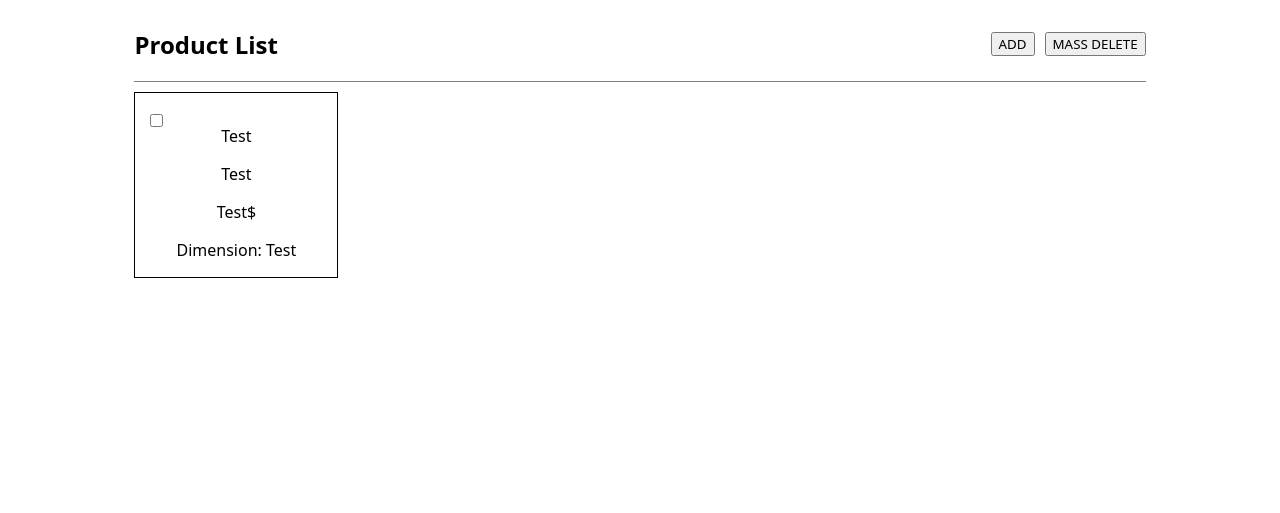
Repository: gabyto19/scandiweb
Page: http://localhost/
These files come from the project's save history. The page is drawn as it stood at one moment and after the next save; the edit follows.
The browser window is 1280 px wide. The pictures show the whole page.
The page is run by PHP 8.4 with error messages shown; the project is at /var/www/html/.

Above is the page before, as saved 2023-03-07 18:36:07.

### index.php
<!DOCTYPE html>
<html lang="en">

<head>
  <meta charset="UTF-8" />
  <meta name="viewport" content="width=device-width, initial-scale=1.0" />
  <title>Vue Basics</title>
  <link href="https://fonts.googleapis.com/css2?family=Jost:wght@400;700&display=swap" rel="stylesheet" />
  <link rel="stylesheet" href="styles.css" />
  <script src="https://unpkg.com/vue@next" defer></script>
  <script src="https://unpkg.com/vue@3/dist/vue.global.js"></script>
</head>

<body>
  <section id="app">
    <nav>
      <h2>Product List</h2>
      <div class="rightButtons">
        <button><a style="text-decoration: none; color: black" href="addPage.php">ADD</a>
        </button>
        <button class="delete-checkbox" id="delete-product-btn">MASS DELETE</button>
      </div>
    </nav>


    <div class="grid-container">
      <div>
        <input type="checkbox" id="delete-checkbox" class="delete-checkbox" />
        <p>Test</p>
        <p>Test</p>
        <p>Test$</p>
        <p>Dimension: Test</p>
      </div>
    </div>
  </section>

  <script src="https://unpkg.com/vue@3/dist/vue.global.js"></script>
  <script src="index.js"></script>

</body>

</html>
<style scoped>
  .rightButtons button:first-child {
    margin-right: 10px;
  }

  .grid-container {
    display: grid;
    grid-template-columns: auto auto auto auto;
    gap: 10px;
    padding: 10px;
    width: 80%;
    margin: auto;
  }

  .grid-container>div {
    text-align: center;
    border: solid 1px;
    width: 60%;
  }
  .grid-container input{
    display: block;
    position: relative;
    left: 5%;
    top: 10%;
  }
</style>

### styles.css
nav {
    width: 80%;
    display: flex;
    justify-content: space-between;
    align-items: center;
    margin: auto;
    border-bottom: solid 1px gray;
  }

  * {
    font-family: system-ui;
  }

### index.js
Vue.createApp({
  data() {
    return {
      sku:"",
      name:"",
      price:"",
      dimension:"",
    };
  },
}).mount("#app");

After the next save:
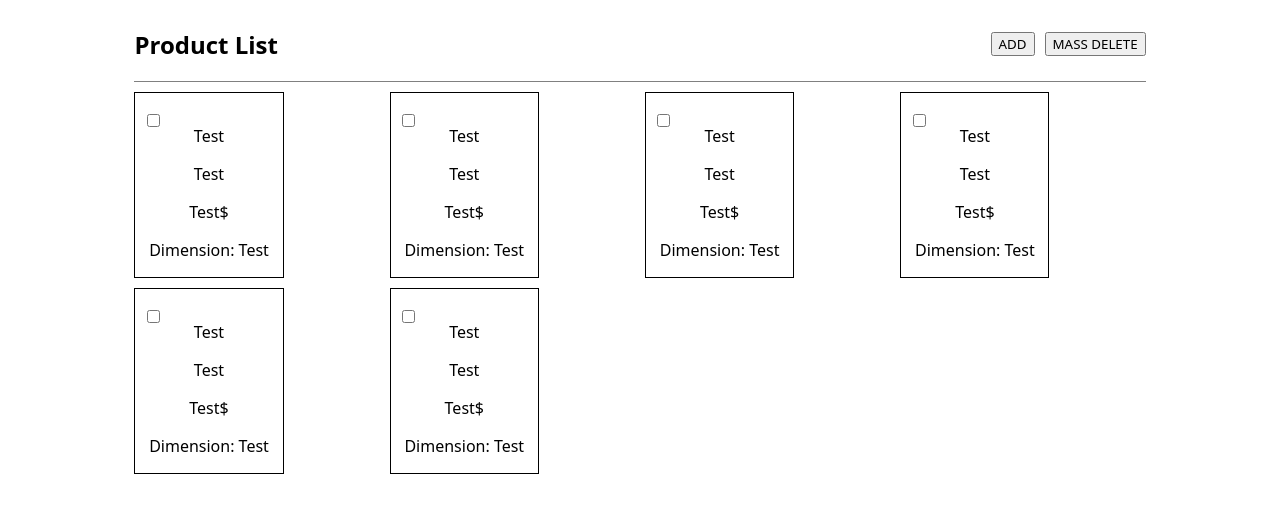
Saved 18 s later.
--- a/index.php
+++ b/index.php
@@ -24,6 +24,41 @@
 
 
     <div class="grid-container">
+      <div>
+        <input type="checkbox" id="delete-checkbox" class="delete-checkbox" />
+        <p>Test</p>
+        <p>Test</p>
+        <p>Test$</p>
+        <p>Dimension: Test</p>
+      </div>
+      <div>
+        <input type="checkbox" id="delete-checkbox" class="delete-checkbox" />
+        <p>Test</p>
+        <p>Test</p>
+        <p>Test$</p>
+        <p>Dimension: Test</p>
+      </div>
+      <div>
+        <input type="checkbox" id="delete-checkbox" class="delete-checkbox" />
+        <p>Test</p>
+        <p>Test</p>
+        <p>Test$</p>
+        <p>Dimension: Test</p>
+      </div>
+      <div>
+        <input type="checkbox" id="delete-checkbox" class="delete-checkbox" />
+        <p>Test</p>
+        <p>Test</p>
+        <p>Test$</p>
+        <p>Dimension: Test</p>
+      </div>
+      <div>
+        <input type="checkbox" id="delete-checkbox" class="delete-checkbox" />
+        <p>Test</p>
+        <p>Test</p>
+        <p>Test$</p>
+        <p>Dimension: Test</p>
+      </div>
       <div>
         <input type="checkbox" id="delete-checkbox" class="delete-checkbox" />
         <p>Test</p>
